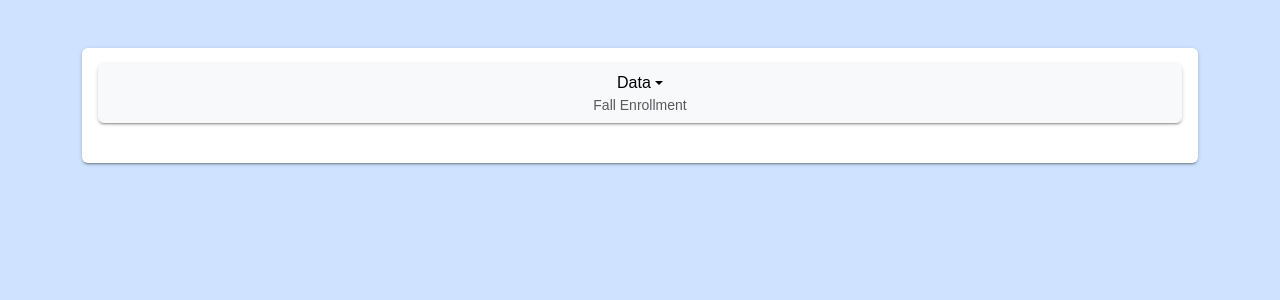
Repository: chancellor-w-whitaker/trying-context
Page: /
The author's editor kept a copy of each file at every save. The page is drawn from the files as they stood at one save, then again after the next save.
The browser window is 1280 px wide. The pictures show the whole page.
The page's requests for data from a server got no answer. Some web fonts or font styles are not loaded; a fallback is used. The project was rebuilt for these pictures with package versions that can differ from the ones it lists, and the page was loaded fresh each time. No one was signed in, and anything a server would have sent is missing. Also part of the build but not shown: vite.config.js.

Above is the page before, as saved 2024-01-14 16:28:01.

### src/main.jsx
// Bootstrap Bundle JS
import "bootstrap/dist/js/bootstrap.bundle.min";
// Bootstrap CSS
import "bootstrap/dist/css/bootstrap.min.css";
import ReactDOM from "react-dom/client";
import React from "react";

import { AppContextProvider } from "./AppContextProvider.jsx";
import { Container } from "./components/Container.jsx";
import App from "./App.jsx";
import "./index.css";

ReactDOM.createRoot(document.getElementById("root")).render(
  <React.StrictMode>
    <Container>
      <AppContextProvider>
        <App />
      </AppContextProvider>
    </Container>
  </React.StrictMode>
);

### src/AppContextProvider.jsx
import { startTransition, useCallback, useState, useMemo } from "react";

import { comparePreviousColumnFilters } from "./functions/comparePreviousColumnFilters";
import { returnColsWithValuesAndType } from "./functions/returnColsWithValuesAndType";
import { buildRelevantColumnFilters } from "./functions/buildRelevantColumnFilters";
import { useBodyBgVariant } from "./hooks/useBodyBgVariant";
import { AppContext } from "./contexts/AppContext";
import { fileNames } from "./constants/fileNames";
import { useJSON } from "./hooks/useJSON";

export const AppContextProvider = ({ children }) => {
  const value = useProvideGlobally();

  return <AppContext.Provider value={value}>{children}</AppContext.Provider>;
};

const useProvideGlobally = () => {
  useBodyBgVariant("primary-subtle");

  const [fileName, setFileName] = useState(fileNames[0].id);
  const [columnFilters, setColumnFilters] = useState({});

  const onFileChange = useCallback(
    ({ target: { value } }) => startTransition(() => setFileName(value)),
    [setFileName]
  );

  const onColumnFilterChange = useCallback(
    ({ target: { name: field, value } }) =>
      startTransition(() =>
        setColumnFilters((previousState) => {
          // destructure top object (looks like { field1: {}, field2: {}, ... })
          const nextState = { ...previousState };
          // destructure field object (looks like { checklist: {}, relevant })
          nextState[field] = { ...nextState[field] };
          // destructure checklist (looks like { value1: {}, value2: {}, ... })
          nextState[field].checklist = { ...nextState[field].checklist };

          const { relevant, checked } = nextState[field].checklist[value];
          // create new object for value and flip checked state
          nextState[field].checklist[value] = { checked: !checked, relevant };

          return nextState;
        })
      ),
    []
  );

  const onBeforeEnd = useCallback((json, setResult) => {
    const columns = returnColsWithValuesAndType(json);

    setColumnFilters((previousColumnFilters) => {
      const relevantColumnFilters = buildRelevantColumnFilters(columns);

      comparePreviousColumnFilters(
        previousColumnFilters,
        relevantColumnFilters
      );

      return relevantColumnFilters;
    });

    // object that maps key (field) to checklist
    // checklist: { type, list }
    // field (string)
    // type (string) ("checkbox" or "radio")
    // list: [{}, {}, {}] (or what about an object that maps value to item state? that might solve indexing issues deriving from managing arrays in state)
    // list element: { value, checked, disabled (or relevant, or just something to describe relevance to dataset) }

    // in the future, may need something to describe relevance to filtered dataset
    // remember, this operation doesn't have to be run until you close (or maybe even open) a checklist
    // and what about sorting a list by relevance when opening a checklist? should this be a stateful or visual operation?
    // making it stateful would probably make updating the state of the item easier because the item's index in the list wouldn't change

    setResult(json);
  }, []);

  const data = useJSON(`data/${fileName}.json`, onBeforeEnd);

  const dropdownMenuStyle = useMemo(() => ({ maxHeight: 300 }), []);

  return {
    onColumnFilterChange,
    dropdownMenuStyle,
    columnFilters,
    onFileChange,
    fileName,
    data,
  };
};

### src/components/Container.jsx
export const Container = ({ children }) => {
  return (
    <>
      <main className="container">
        <div className="my-3 p-3 bg-body rounded shadow-sm">{children}</div>
      </main>
    </>
  );
};

### src/App.jsx
import {
  DropdownButton,
  ListGroupItem,
  DropdownMenu,
  ListGroup,
  Dropdown,
} from "./components/ListComps";
import { useAppContext } from "./hooks/useAppContext";
import { toTitleCase } from "./functions/toTitleCase";
import { fileNames } from "./constants/fileNames";
import "./App.css";

const App = () => {
  const {
    onColumnFilterChange,
    dropdownMenuStyle,
    columnFilters,
    onFileChange,
    fileName,
  } = useAppContext();

  return (
    <>
      <div className="d-flex flex-column gap-4">
        <div className="d-flex flex-wrap gap-3">
          <Dropdown className="col">
            <DropdownButton
              className="w-100 shadow-sm hide-dropdown-toggle"
              data-bs-auto-close="outside"
              variant="light"
            >
              <span className="dropdown-toggle d-flex align-items-center justify-content-center">
                Data
              </span>
              <small className="d-block text-body-secondary">
                {fileNames.find(({ id }) => id === fileName).displayName}
              </small>
              {/* <span>
                <span className="dropdown-toggle d-flex align-items-center justify-content-center">
                  Data
                </span>
                <small className="d-block text-body-secondary">
                  {fileNames.find(({ id }) => id === fileName).displayName}
                </small>
              </span> */}
            </DropdownButton>
            <DropdownMenu
              className="shadow-sm overflow-y-scroll"
              style={dropdownMenuStyle}
            >
              <ListGroup className="list-group-flush">
                {fileNames.map(({ displayName, id }) => (
                  <ListGroupItem
                    checked={id === fileName}
                    onChange={onFileChange}
                    className="border-0"
                    type="radio"
                    name="file"
                    value={id}
                    key={id}
                  >
                    {displayName}
                  </ListGroupItem>
                ))}
              </ListGroup>
            </DropdownMenu>
          </Dropdown>
        </div>
        <div className="d-flex flex-wrap gap-3">
          {Object.entries(columnFilters).map(
            ([field, { relevant: fieldRelevance, checklist }]) =>
              fieldRelevance && (
                <Dropdown className="col" key={field}>
                  <DropdownButton
                    className="w-100 shadow-sm d-flex align-items-center justify-content-center"
                    data-bs-auto-close="outside"
                    variant="light"
                  >
                    {toTitleCase(field)}
                  </DropdownButton>
                  <DropdownMenu
                    className="shadow-sm overflow-y-scroll"
                    style={dropdownMenuStyle}
                  >
                    <ListGroup className="list-group-flush">
                      {Object.entries(checklist).map(
                        ([value, { relevant: valueRelevance, checked }]) => (
                          <ListGroupItem
                            className={`border-0${
                              !valueRelevance ? " opacity-50" : ""
                            }`}
                            onChange={onColumnFilterChange}
                            checked={checked}
                            type="checkbox"
                            value={value}
                            name={field}
                            key={value}
                          >
                            {value}
                          </ListGroupItem>
                        )
                      )}
                    </ListGroup>
                  </DropdownMenu>
                </Dropdown>
              )
          )}
        </div>
      </div>
    </>
  );
};

export default App;

### src/index.css
@font-face {
  font-family: poppins;
  font-style: normal;
  font-weight: 400;
  src: local("Poppins"),
    url(https://fonts.cdnfonts.com/s/16009/Poppins-Regular.woff) format("woff");
}
@font-face {
  font-family: poppins;
  font-style: normal;
  font-weight: 400;
  src: local("Poppins"),
    url(https://fonts.cdnfonts.com/s/16009/Poppins-Regular.woff) format("woff");
}
@font-face {
  font-family: poppins;
  font-style: italic;
  font-weight: 400;
  src: local("Poppins"),
    url(https://fonts.cdnfonts.com/s/16009/Poppins-Italic.woff) format("woff");
}
@font-face {
  font-family: poppins;
  font-style: italic;
  font-weight: 400;
  src: local("Poppins"),
    url(https://fonts.cdnfonts.com/s/16009/Poppins-Italic.woff) format("woff");
}
@font-face {
  font-family: poppins;
  font-style: normal;
  font-weight: 250;
  src: local("Poppins"),
    url(https://fonts.cdnfonts.com/s/16009/Poppins-Thin.woff) format("woff");
}
@font-face {
  font-family: poppins;
  font-style: normal;
  font-weight: 250;
  src: local("Poppins"),
    url(https://fonts.cdnfonts.com/s/16009/Poppins-Thin.woff) format("woff");
}
@font-face {
  font-family: poppins;
  font-style: italic;
  font-weight: 250;
  src: local("Poppins"),
    url(https://fonts.cdnfonts.com/s/16009/Poppins-ThinItalic.woff)
      format("woff");
}
@font-face {
  font-family: poppins;
  font-style: italic;
  font-weight: 250;
  src: local("Poppins"),
    url(https://fonts.cdnfonts.com/s/16009/Poppins-ThinItalic.woff)
      format("woff");
}
@font-face {
  font-family: poppins;
  font-style: normal;
  font-weight: 275;
  src: local("Poppins"),
    url(https://fonts.cdnfonts.com/s/16009/Poppins-ExtraLight.woff)
      format("woff");
}
@font-face {
  font-family: poppins;
  font-style: normal;
  font-weight: 275;
  src: local("Poppins"),
    url(https://fonts.cdnfonts.com/s/16009/Poppins-ExtraLight.woff)
      format("woff");
}
@font-face {
  font-family: poppins;
  font-style: italic;
  font-weight: 275;
  src: local("Poppins"),
    url(https://fonts.cdnfonts.com/s/16009/Poppins-ExtraLightItalic.woff)
      format("woff");
}
@font-face {
  font-family: poppins;
  font-style: italic;
  font-weight: 275;
  src: local("Poppins"),
    url(https://fonts.cdnfonts.com/s/16009/Poppins-ExtraLightItalic.woff)
      format("woff");
}
@font-face {
  font-family: poppins;
  font-style: normal;
  font-weight: 300;
  src: local("Poppins"),
    url(https://fonts.cdnfonts.com/s/16009/Poppins-Light.woff) format("woff");
}
@font-face {
  font-family: poppins;
  font-style: normal;
  font-weight: 300;
  src: local("Poppins"),
    url(https://fonts.cdnfonts.com/s/16009/Poppins-Light.woff) format("woff");
}
@font-face {
  font-family: poppins;
  font-style: italic;
  font-weight: 300;
  src: local("Poppins"),
    url(https://fonts.cdnfonts.com/s/16009/Poppins-LightItalic.woff)
      format("woff");
}
@font-face {
  font-family: poppins;
  font-style: italic;
  font-weight: 300;
  src: local("Poppins"),
    url(https://fonts.cdnfonts.com/s/16009/Poppins-LightItalic.woff)
      format("woff");
}
@font-face {
  font-family: poppins;
  font-style: normal;
  font-weight: 500;
  src: local("Poppins"),
    url(https://fonts.cdnfonts.com/s/16009/Poppins-Medium.woff) format("woff");
}
@font-face {
  font-family: poppins;
  font-style: normal;
  font-weight: 500;
  src: local("Poppins"),
    url(https://fonts.cdnfonts.com/s/16009/Poppins-Medium.woff) format("woff");
}
@font-face {
  font-family: poppins;
  font-style: italic;
  font-weight: 500;
  src: local("Poppins"),
    url(https://fonts.cdnfonts.com/s/16009/Poppins-MediumItalic.woff)
      format("woff");
}
@font-face {
  font-family: poppins;
  font-style: italic;
  font-weight: 500;
  src: local("Poppins"),
    url(https://fonts.cdnfonts.com/s/16009/Poppins-MediumItalic.woff)
      format("woff");
}
@font-face {
  font-family: poppins;
  font-style: normal;
  font-weight: 600;
  src: local("Poppins"),
    url(https://fonts.cdnfonts.com/s/16009/Poppins-SemiBold.woff) format("woff");
}
@font-face {
  font-family: poppins;
  font-style: normal;
  font-weight: 600;
  src: local("Poppins"),
    url(https://fonts.cdnfonts.com/s/16009/Poppins-SemiBold.woff) format("woff");
}
@font-face {
  font-family: poppins;
  font-style: italic;
  font-weight: 600;
  src: local("Poppins"),
    url(https://fonts.cdnfonts.com/s/16009/Poppins-SemiBoldItalic.woff)
      format("woff");
}
@font-face {
  font-family: poppins;
  font-style: italic;
  font-weight: 600;
  src: local("Poppins"),
    url(https://fonts.cdnfonts.com/s/16009/Poppins-SemiBoldItalic.woff)
      format("woff");
}
@font-face {
  font-family: poppins;
  font-style: normal;
  font-weight: 700;
  src: local("Poppins"),
    url(https://fonts.cdnfonts.com/s/16009/Poppins-Bold.woff) format("woff");
}
@font-face {
  font-family: poppins;
  font-style: normal;
  font-weight: 700;
  src: local("Poppins"),
    url(https://fonts.cdnfonts.com/s/16009/Poppins-Bold.woff) format("woff");
}
@font-face {
  font-family: poppins;
  font-style: italic;
  font-weight: 700;
  src: local("Poppins"),
    url(https://fonts.cdnfonts.com/s/16009/Poppins-BoldItalic.woff)
      format("woff");
}
@font-face {
  font-family: poppins;
  font-style: italic;
  font-weight: 700;
  src: local("Poppins"),
    url(https://fonts.cdnfonts.com/s/16009/Poppins-BoldItalic.woff)
      format("woff");
}
@font-face {
  font-family: poppins;
  font-style: normal;
  font-weight: 800;
  src: local("Poppins"),
    url(https://fonts.cdnfonts.com/s/16009/Poppins-ExtraBold.woff)
      format("woff");
}
@font-face {
  font-family: poppins;
  font-style: normal;
  font-weight: 800;
  src: local("Poppins"),
    url(https://fonts.cdnfonts.com/s/16009/Poppins-ExtraBold.woff)
      format("woff");
}
@font-face {
  font-family: poppins;
  font-style: italic;
  font-weight: 800;
  src: local("Poppins"),
    url(https://fonts.cdnfonts.com/s/16009/Poppins-ExtraBoldItalic.woff)
      format("woff");
}
@font-face {
  font-family: poppins;
  font-style: italic;
  font-weight: 800;
  src: local("Poppins"),
    url(https://fonts.cdnfonts.com/s/16009/Poppins-ExtraBoldItalic.woff)
      format("woff");
}
@font-face {
  font-family: poppins;
  font-style: normal;
  font-weight: 900;
  src: local("Poppins"),
    url(https://fonts.cdnfonts.com/s/16009/Poppins-Black.woff) format("woff");
}
@font-face {
  font-family: poppins;
  font-style: normal;
  font-weight: 900;
  src: local("Poppins"),
    url(https://fonts.cdnfonts.com/s/16009/Poppins-Black.woff) format("woff");
}
@font-face {
  font-family: poppins;
  font-style: italic;
  font-weight: 900;
  src: local("Poppins"),
    url(https://fonts.cdnfonts.com/s/16009/Poppins-BlackItalic.woff)
      format("woff");
}
@font-face {
  font-family: poppins;
  font-style: italic;
  font-weight: 900;
  src: local("Poppins"),
    url(https://fonts.cdnfonts.com/s/16009/Poppins-BlackItalic.woff)
      format("woff");
}

:root,
[data-bs-theme="light"] {
  --bs-font-sans-serif: "Poppins", sans-serif;

  --bs-box-shadow: 0px 3px 3px -2px rgba(0, 0, 0, 0.2),
    0px 3px 4px 0px rgba(0, 0, 0, 0.14), 0px 1px 8px 0px rgba(0, 0, 0, 0.12);
  --bs-box-shadow-sm: 0px 3px 1px -2px rgba(0, 0, 0, 0.2),
    0px 2px 2px 0px rgba(0, 0, 0, 0.14), 0px 1px 5px 0px rgba(0, 0, 0, 0.12);
  --bs-box-shadow-lg: 0px 2px 4px -1px rgba(0, 0, 0, 0.2),
    0px 4px 5px 0px rgba(0, 0, 0, 0.14), 0px 1px 10px 0px rgba(0, 0, 0, 0.12);
}

body {
  overflow-y: scroll;
}

.hide-dropdown-toggle::after {
  display: none;
}

### src/functions/comparePreviousColumnFilters.js
export const comparePreviousColumnFilters = (previousState, nextState) => {
  Object.entries(previousState).forEach(([field, { checklist }]) => {
    if (!(field in nextState)) {
      nextState[field] = {
        checklist: Object.fromEntries(
          Object.entries(checklist).map(([value, { checked }]) => [
            value,
            { relevant: false, checked },
          ])
        ),
        relevant: false,
      };
    } else {
      Object.entries(checklist).forEach(([value, { checked }]) => {
        const nextChecklist = nextState[field].checklist;

        if (value in nextChecklist) {
          nextChecklist[value].checked = checked;
        } else {
          nextChecklist[value] = { relevant: false, checked };
        }
      });
    }
  });
};

### src/functions/returnColsWithValuesAndType.js
const loopDataAndDeriveColProperties = (data) => {
  const fieldToColumn = {};

  data.forEach((row) => {
    Object.keys(row).forEach((field) => {
      if (!(field in fieldToColumn)) {
        fieldToColumn[field] = { values: new Set(), types: {} };
      }

      const { values, types } = fieldToColumn[field];

      const value = row[field];
      values.add(value);

      const type = typeof value;
      if (!(type in types)) types[type] = 0;
      types[type] += 1;
    });
  });

  return fieldToColumn;
};

export const returnColsWithValuesAndType = (data) => {
  const fieldToColumn = loopDataAndDeriveColProperties(data);

  return Object.entries(fieldToColumn).map(([field, { values, types }]) => ({
    type: Object.entries(types)
      .sort((arrA, arrB) => arrB[1] - arrA[1])
      .find(([type]) => type === "string" || type === "number")[0],
    values: [...values].sort(),
    field,
  }));
};

### src/functions/buildRelevantColumnFilters.js
export const buildRelevantColumnFilters = (columns) => {
  return Object.fromEntries(
    columns
      .filter(({ type }) => type === "string")
      .map(({ values, field }) => [
        field,
        {
          checklist: Object.fromEntries(
            values.map((value) => [value, { relevant: true, checked: true }])
          ),
          relevant: true,
        },
      ])
  );
};

### src/hooks/useBodyBgVariant.jsx
import { useEffect } from "react";

export const useBodyBgVariant = (variant) => {
  useEffect(() => {
    document.body.classList.add(`bg-${variant}`);

    return () => {
      document.body.classList.remove(`bg-${variant}`);
    };
  }, [variant]);
};

### src/constants/fileNames.js
export const fileNames = [
  { displayName: "Fall Enrollment", id: "fall" },
  { displayName: "Spring Enrollment", id: "spring" },
  { displayName: "Summer Enrollment", id: "summer" },
  { displayName: "Degrees Awarded", id: "degrees" },
  { displayName: "Retention Rates", id: "retention" },
  { displayName: "Graduation Rates", id: "graduation" },
  { displayName: "Credit Hours", id: "hours" },
];

### src/hooks/useJSON.jsx
import { useEffect } from "react";
import { useState } from "react";

export const useJSON = (url, onBeforeEnd) => {
  const [result, setResult] = useState(null);

  useEffect(() => {
    if (url) {
      let ignore = false;

      fetch(url)
        .then((response) => response.json())
        .then((json) => {
          if (!ignore) {
            typeof onBeforeEnd === "function"
              ? onBeforeEnd(json, setResult)
              : setResult(json);
          }
        });

      return () => {
        ignore = true;
      };
    }
  }, [url, onBeforeEnd]);

  return result;
};

### src/components/ListComps.jsx
import { memo } from "react";

export const Dropdown = ({ className = "", ...rest }) => {
  return (
    <>
      <div className={`dropdown ${className}`.trimEnd()} {...rest}></div>
    </>
  );
};

export const DropdownButton = memo(
  ({ variant = "secondary", className = "", ...rest }) => {
    return (
      <>
        <button
          className={`btn btn-${variant} dropdown-toggle ${className}`.trimEnd()}
          {...rest}
          data-bs-toggle="dropdown"
          aria-expanded="false"
          type="button"
        ></button>
      </>
    );
  }
);

DropdownButton.displayName = "DropdownButton";

export const DropdownMenu = ({ className = "", ...rest }) => {
  return (
    <>
      <ul className={`dropdown-menu ${className}`.trimEnd()} {...rest}></ul>
    </>
  );
};

export const ListGroup = ({ className = "", ...rest }) => {
  return (
    <>
      <div className={`list-group ${className}`.trimEnd()} {...rest}></div>
    </>
  );
};

export const ListGroupItem = memo(
  ({
    type = "checkbox",
    className = "",
    onChange,
    children,
    checked,
    value,
    name,
  }) => {
    return (
      <>
        <label
          className={`list-group-item d-flex gap-2 ${className}`.trimEnd()}
        >
          <input
            className="form-check-input flex-shrink-0"
            {...{ onChange, checked, value, type, name }}
          />
          <span>{children}</span>
        </label>
      </>
    );
  }
);

ListGroupItem.displayName = "ListGroupItem";

### src/hooks/useAppContext.jsx
import { useContext } from "react";

import { AppContext } from "../contexts/AppContext";

export const useAppContext = () => useContext(AppContext);

### src/functions/toTitleCase.js
import { Str } from "@supercharge/strings";

export const toTitleCase = (string) => Str(string).pascal().words().join(" ");

Loaded but not shown: index.html (common file); src/contexts/AppContext.jsx (common file); src/App.css (common file)

After the next save:
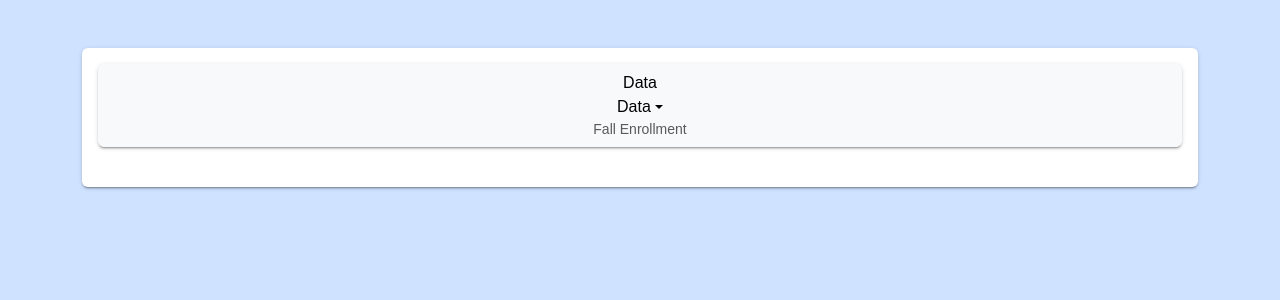
Saved 3 min 5 s later.
--- a/src/App.jsx
+++ b/src/App.jsx
@@ -29,6 +29,7 @@
               data-bs-auto-close="outside"
               variant="light"
             >
+              Data
               <span className="dropdown-toggle d-flex align-items-center justify-content-center">
                 Data
               </span>

After the save that followed:
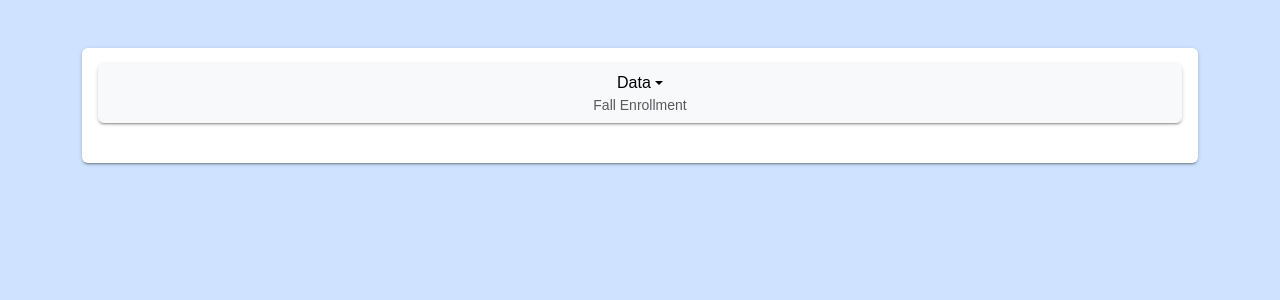
Saved 46 s later.
--- a/src/App.jsx
+++ b/src/App.jsx
@@ -29,7 +29,6 @@
               data-bs-auto-close="outside"
               variant="light"
             >
-              Data
               <span className="dropdown-toggle d-flex align-items-center justify-content-center">
                 Data
               </span>
